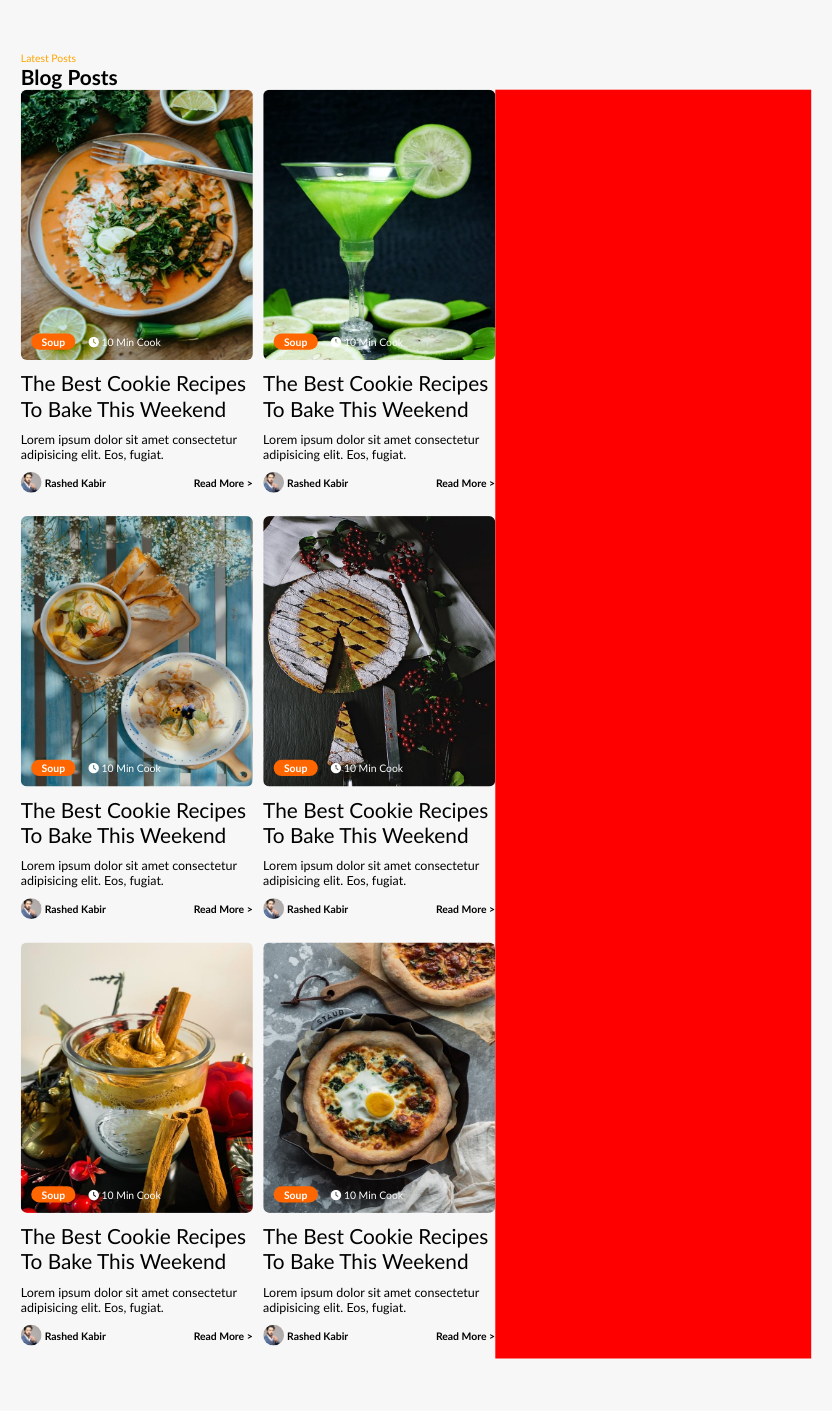
Repository: ngoctinvo/diner_project_cybersoft
Page: html/blog.html
These files come from the project's save history. The page is drawn as it stood at one moment and after the next save; the edit follows.
The browser window is 1280 px wide. The pictures show the whole page, at 65% of full size.
Some web libraries are served in a nearby version. The style sheet was rebuilt from its Sass, Less or Tailwind sources for each picture, by a compiler version that may differ from the author's.

Above is the page before, as saved 2022-04-19 10:29:48.

### html/blog.html
<!DOCTYPE html>
<html lang="en">

<head>
    <meta charset="UTF-8">
    <meta http-equiv="X-UA-Compatible" content="IE=edge">
    <meta name="viewport" content="width=device-width, initial-scale=1.0">
    <title>Document</title>
    <link rel="stylesheet" href="https://cdnjs.cloudflare.com/ajax/libs/font-awesome/6.1.1/css/all.min.css" integrity="sha512-KfkfwYDsLkIlwQp6LFnl8zNdLGxu9YAA1QvwINks4PhcElQSvqcyVLLD9aMhXd13uQjoXtEKNosOWaZqXgel0g==" crossorigin="anonymous" referrerpolicy="no-referrer"
    />
    <link rel="stylesheet" href="../css/blog.css">
</head>

<body>
    <header></header>
    <section class="blog">
        <div class="container">
            <div class="title">
                <p>Latest Posts</p>
                <h1>Blog Posts</h1>
            </div>
            <div class="row">
                <div class="left-posts">
                    <div class="list">
                        <div class="item">
                            <div class="img">
                                <img src="../img/blog/g1.jpg" alt="">
                                <div class="info-img">
                                    <button>Soup</button>
                                    <span><i class="fa fa-clock"></i> 10 Min Cook</span>
                                </div>

                            </div>
                            <div class="content">
                                <h3>The Best Cookie Recipes To Bake This Weekend</h3>
                                <p>Lorem ipsum dolor sit amet consectetur adipisicing elit. Eos, fugiat.</p>
                            </div>
                            <div class="author">
                                <div class="author-info">
                                    <a href="#">
                                        <img src="../img/blog/team1.jpg" alt="">
                                        <span>Rashed Kabir</span>
                                    </a>
                                </div>

                                <a href="#">Read More ></a>
                            </div>
                        </div>
                        <div class="item">
                            <div class="img">
                                <img src="../img/blog/g2.jpg" alt="">
                                <div class="info-img">
                                    <button>Soup</button>
                                    <span><i class="fa fa-clock"></i> 10 Min Cook</span>
                                </div>

                            </div>
                            <div class="content">
                                <h3>The Best Cookie Recipes To Bake This Weekend</h3>
                                <p>Lorem ipsum dolor sit amet consectetur adipisicing elit. Eos, fugiat.</p>
                            </div>
                            <div class="author">
                                <div class="author-info">
                                    <a href="#">
                                        <img src="../img/blog/team1.jpg" alt="">
                                        <span>Rashed Kabir</span>
                                    </a>
                                </div>

                                <a href="#">Read More ></a>
                            </div>
                        </div>
                        <div class="item">
                            <div class="img">
                                <img src="../img/blog/g3.jpg" alt="">
                                <div class="info-img">
                                    <button>Soup</button>
                                    <span><i class="fa fa-clock"></i> 10 Min Cook</span>
                                </div>

                            </div>
                            <div class="content">
                                <h3>The Best Cookie Recipes To Bake This Weekend</h3>
                                <p>Lorem ipsum dolor sit amet consectetur adipisicing elit. Eos, fugiat.</p>
                            </div>
                            <div class="author">
                                <div class="author-info">
                                    <a href="#">
                                        <img src="../img/blog/team1.jpg" alt="">
                                        <span>Rashed Kabir</span>
                                    </a>
                                </div>

                                <a href="#">Read More ></a>
                            </div>
                        </div>
                        <div class="item">
                            <div class="img">
                                <img src="../img/blog/g4.jpg" alt="">
                                <div class="info-img">
                                    <button>Soup</button>
                                    <span><i class="fa fa-clock"></i> 10 Min Cook</span>
                                </div>

                            </div>
                            <div class="content">
                                <h3>The Best Cookie Recipes To Bake This Weekend</h3>
                                <p>Lorem ipsum dolor sit amet consectetur adipisicing elit. Eos, fugiat.</p>
                            </div>
                            <div class="author">
                                <div class="author-info">
                                    <a href="#">
                                        <img src="../img/blog/team1.jpg" alt="">
                                        <span>Rashed Kabir</span>
                                    </a>
                                </div>

                                <a href="#">Read More ></a>
                            </div>
                        </div>
                        <div class="item">
                            <div class="img">
                                <img src="../img/blog/g5.jpg" alt="">
                                <div class="info-img">
                                    <button>Soup</button>
                                    <span><i class="fa fa-clock"></i> 10 Min Cook</span>
                                </div>

                            </div>
                            <div class="content">
                                <h3>The Best Cookie Recipes To Bake This Weekend</h3>
                                <p>Lorem ipsum dolor sit amet consectetur adipisicing elit. Eos, fugiat.</p>
                            </div>
                            <div class="author">
                                <div class="author-info">
                                    <a href="#">
                                        <img src="../img/blog/team1.jpg" alt="">
                                        <span>Rashed Kabir</span>
                                    </a>
                                </div>

                                <a href="#">Read More ></a>
                            </div>
                        </div>
                        <div class="item">
                            <div class="img">
                                <img src="../img/blog/g6.jpg" alt="">
                                <div class="info-img">
                                    <button>Soup</button>
                                    <span><i class="fa fa-clock"></i> 10 Min Cook</span>
                                </div>

                            </div>
                            <div class="content">
                                <h3>The Best Cookie Recipes To Bake This Weekend</h3>
                                <p>Lorem ipsum dolor sit amet consectetur adipisicing elit. Eos, fugiat.</p>
                            </div>
                            <div class="author">
                                <div class="author-info">
                                    <a href="#">
                                        <img src="../img/blog/team1.jpg" alt="">
                                        <span>Rashed Kabir</span>
                                    </a>
                                </div>

                                <a href="#">Read More ></a>
                            </div>
                        </div>
                    </div>
                    <div class="control-btn"></div>
                </div>
                <div class="right-posts">
                    <!-- <div class="right-container">
                        <div class="item latest-recipes">
                            <h2>Lastest recipes</h2>
                            <div class="list">
                                <div class="item">
                                    <img src="../img/blog/banner1.jpg">
                                    <span>How to make capuccino</span>
                                </div>
                                <div class="item">
                                    <img src="../img/blog/banner1.jpg">
                                    <span>How to make capuccino</span>
                                </div>
                                <div class="item">
                                    <img src="../img/blog/banner1.jpg">
                                    <span>How to make capuccino</span>
                                </div>
                                <div class="item">
                                    <img src="../img/blog/banner1.jpg">
                                    <span>How to make capuccino</span>
                                </div>
                            </div>
                        </div>
                        <div class="item trending-posts">
                            <h3>Trending posts</h3>
                            <div class="list">
                                <div class="item">
                                    <img src="../img/blog/g3.jpg" alt="">
                                    <div class="info">
                                        <p>12 Curry Recipes You’ll Ever Need</p>
                                        <span>Feb 4, 2021</span>
                                    </div>
                                </div>
                            </div>
                        </div>
                        <div class="item categories">
                            <h3>Categories</h3>
                            <ul>
                                <li>
                                    <a href="#">Desserts</a>
                                </li>
                                <li>
                                    <a href="#">Cakes and Biscuits</a>
                                </li>
                                <li>
                                    <a href="#">Food recipes</a>
                                </li>

                            </ul>
                        </div>
                        <div class="item advertisement">
                            <h3>Advertisement</h3>
                            <img src="../img/blog/g1.jpg" alt="">
                        </div>
                    </div> -->



                </div>
            </div>
        </div>
        </div>
    </section>
    <footer></footer>
</body>

</html>

### sass/blog.scss
* {
    margin: 0;
    padding: 0;
    box-sizing: border-box;
    font-family: 'Gill Sans', 'Gill Sans MT', Calibri, 'Trebuchet MS', sans-serif;
}

.blog {
    color: black;
    .container {
        width: 100%;
        background-color: #f7f7f7;
        padding: 5rem 2rem;
        .title {
            p {
                color: orange;
                font-size: 1rem;
            }
            h1 {
                font-size: 2rem;
            }
        }
        .row {
            display: flex;
            flex-direction: row;
            .left-posts {
                width: 60%;
                .list {
                    display: grid;
                    grid-template-columns: 1fr 1fr;
                    grid-template-rows: repeat(3, 50vw);
                    gap: 1rem;
                    .item {
                        margin-bottom: 5rem;
                        width: 100%;
                        height: 100%;
                        .img {
                            position: relative;
                            height: 65%;
                            width: 100%;
                            img {
                                border-radius: 0.6rem;
                                width: 100%;
                                height: 100%;
                            }
                            .info-img {
                                position: absolute;
                                width: 100%;
                                bottom: 0;
                                left: 0;
                                button {
                                    cursor: pointer;
                                    font-size: 1rem;
                                    font-weight: 600;
                                    color: white;
                                    padding: 0.2rem 1rem;
                                    border-radius: 1rem;
                                    border: none;
                                    margin: 1rem;
                                    background-color: #ff6600;
                                }
                                span {
                                    color: white;
                                }
                            }
                        }
                        .content {
                            h3 {
                                margin: 1rem 0;
                                font-size: 2rem;
                                font-weight: 500;
                            }
                            p {
                                font-size: 1.2rem;
                            }
                        }
                        .author {
                            margin-top: 1rem;
                            display: flex;
                            flex-direction: row;
                            justify-content: space-between;
                            align-items: center;
                            a {
                                display: flex;
                                flex-direction: row;
                                align-items: center;
                            }
                            .author-info {
                                margin-right: 1rem;
                                img {
                                    width: 2rem;
                                    border-radius: 50%;
                                    margin-right: 0.3rem;
                                }
                            }
                            a {
                                text-decoration: none;
                                color: black;
                                font-size: 1rem;
                                font-weight: 600;
                            }
                        }
                    }
                }
            }
            .right-posts {
                width: 40%;
                background-color: red;
            }
        }
    }
}

After the next save:
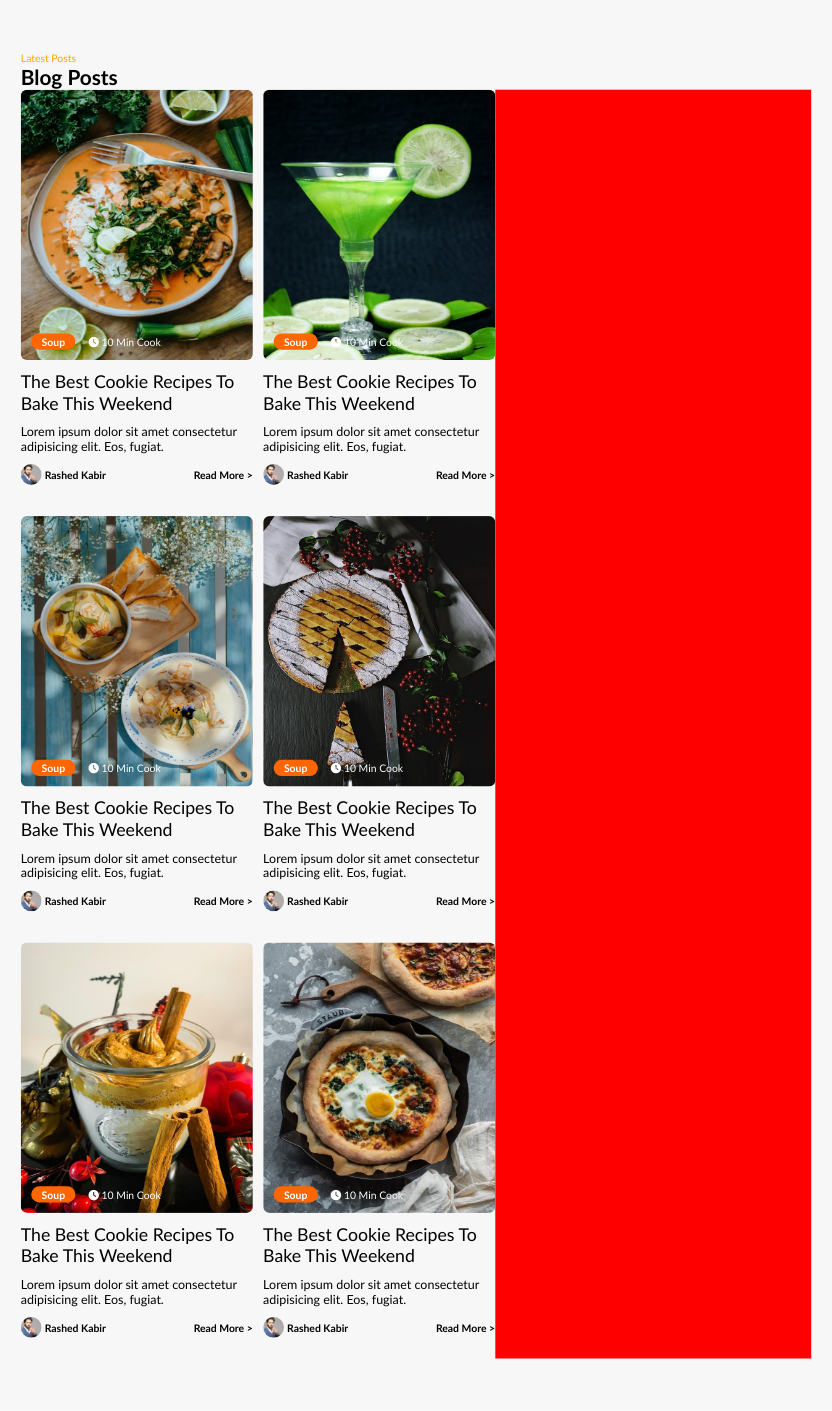
Saved 14 s later.
--- a/sass/blog.scss
+++ b/sass/blog.scss
@@ -67,7 +67,7 @@
                         .content {
                             h3 {
                                 margin: 1rem 0;
-                                font-size: 2rem;
+                                font-size: 1.7rem;
                                 font-weight: 500;
                             }
                             p {
